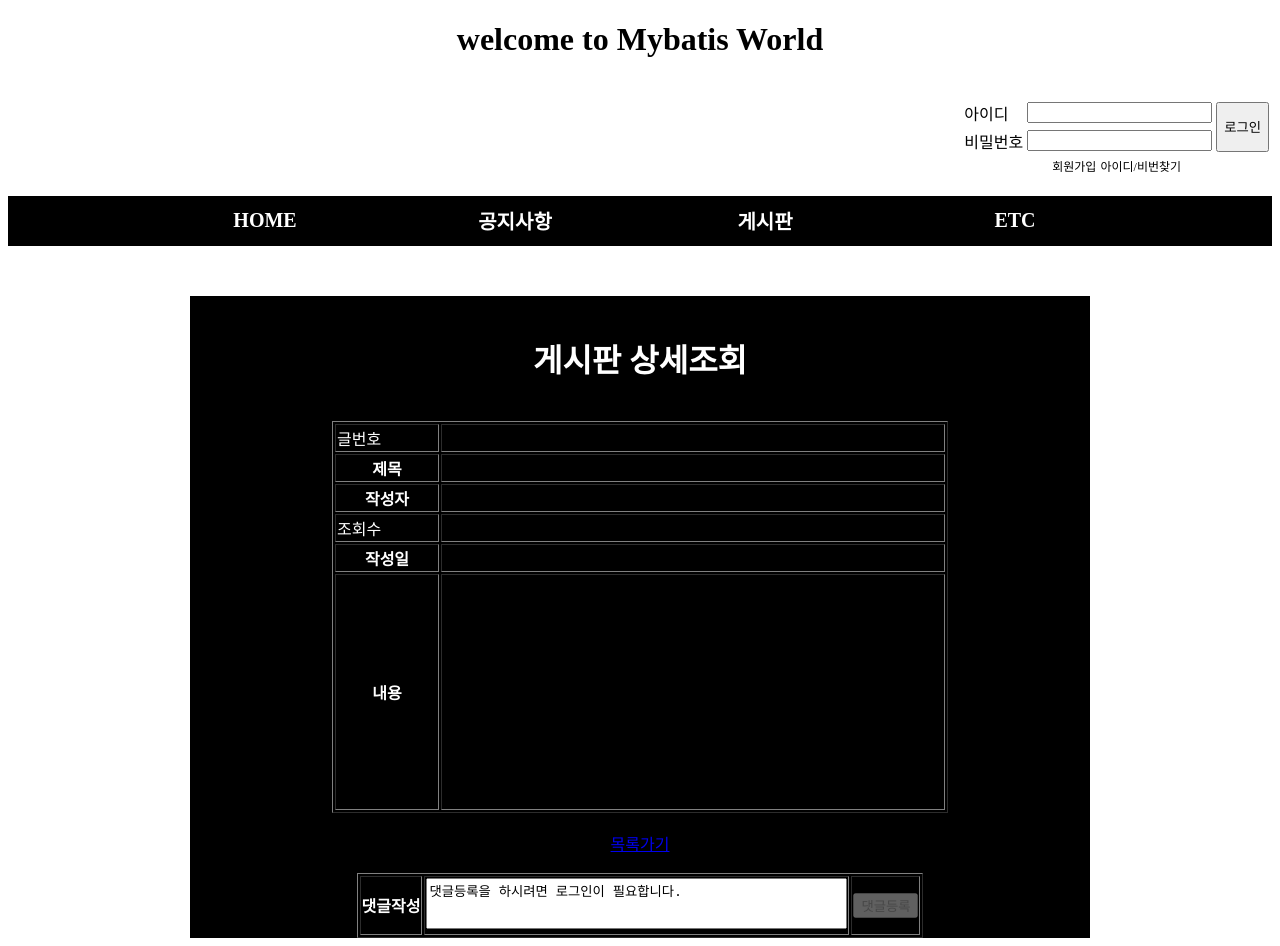
Repository: eru2/Study
Page: http://localhost/mybatisProject/views/board/boardDetailView.jsp
An editor plug-in stored every save of this project. The page is shown before and after the next save, followed by the edit.
The browser window is 1280 px wide. The pictures show the whole page.
The page is served by Tomcat 10. Other server files are loaded and not shown. The template is opened directly, without the code that normally fills it, so the values that code supplies are empty.

Above is the page before, as saved 2025-03-07 07:29:54.

### 08_MyBatis/mybatisProject/src/main/webapp/views/board/boardDetailView.jsp
<%@ page language="java" contentType="text/html; charset=UTF-8"
    pageEncoding="UTF-8"%>
<%@ taglib prefix="c" uri="http://java.sun.com/jsp/jstl/core" %>
<!DOCTYPE html>
<html>
<head>
<meta charset="UTF-8">
<title>Insert title here</title>
</head>
<body>

    <jsp:include page="../common/menubar.jsp" />

    <div class="outer" align="center">
        <br>
        <h1 align="center">게시판 상세조회</h1>
        <br>

        <table align="center" border="1">
            <tr>
                <td width="100">글번호</td>
                <td width="500">${board.boardNo }</td>
            </tr>
             <tr>
                <th>제목</th>
                <td>${board.boardTitle }</td>
            </tr>
            <tr>
                 <th>작성자</th>
                <td>${board.userId}</td>
            </tr>
            <tr>
                <td>조회수</td>
                <td>${board.count }</td>
            </tr>
            <tr>
                 <th>작성일</th>
                <td>${board.createDate}</td>
            </tr>
            <tr>
                  <th>내용</th>
                <td colspan="3">
                   <p style="height: 200px;">
                        ${board.boardContent}
                   </p>
                </td>
            </tr>
        </table>

        <br>
          <div align="center">
            <a href="${pageContext.request.contextPath}/list.bo?cpage=1">목록가기</a>
            <c:if test="${loginUser != null && loginUser.userId == board.userId}">
	            <a href="${pageContext.request.contextPath}/updateForm.bo?bno=${board.boardNo}">수정하기</a>
	            <a >삭제하기</a>
            </c:if>
        </div>

        <br>

        <table align="center" border="1">
          <thead>
                    <tr>
                        <th>댓글작성</th>
                        <c:choose>
                            <c:when test="${loginUser == null}">
                                <td>
                                    <textarea cols="50" rows="3" style="resize: none;" readonly>댓글등록을 하시려면 로그인이 필요합니다.</textarea>
                                </td>
                                <td>
                                    <button disabled>댓글등록</button>
                                </td>
                            </c:when>
                            <c:otherwise>
                                <td>
                                    <textarea id="reply-content" cols="50" rows="3" style="resize: none;"></textarea>
                                </td>
                                <td>
                                    <button onclick="insertReply(${board.boardNo})">댓글등록</button>
                                </td>
                            </c:otherwise>
                        </c:choose>
                    </tr>
                </thead>
            </table>

            <script>
                function init(bno){
                    getReplyList(bno, function(data){
                        drawReplyList(data);
                    });
                }

                function insertReply(bno){
                   const contentArea = document.querySelector("#reply-content");

                   $.ajax({
                    url: "rinsert.bo",
                    type: "post",
                    data: {
                        boardNo: bno,
                        content: contentArea.value
                    },
                    success: function(res){
                        contentArea.value = ""; //댓글 입력창 초기화
                        //댓글목록 다시 불러와서 그려주기
                        getReplyList(bno, function(data){
                            console.log(data)
                            drawReplyList(data);
                        });
                    },
                    error: function(error){
                        console.log("댓글 작성 ajax통신 실패");
                    }
                   })
                }

                function getReplyList(boardNo, callback){
                    $.ajax({
                        url : "rlist.bo",
                        // contextType: "application/json",
                        dataType: "json", //응답 데이터 타입(json, text, html, xml)
                        data : {
                            bno : boardNo
                        },
                        success: function(replyList){
                            callback(replyList);
                        },
                        error: function(){
                            console.log("댓글 조회 ajax통신 실패");
                        }
                    })
                }

                function drawReplyList(replyList){
                    let str = "";
                    for(let r of replyList) {
                        str += "<tr>" +
                                "<td>" + r.userId + "</td>" +
                                "<td>" + r.replyContent + "</td>" +
                                "<td>" + r.createDate + "</td>" +
                              "</tr>";
                    }

                    const replyBody = document.querySelector("#reply-area tbody");
                    replyBody.innerHTML = str;
                }



            </script>
        </table>
    </div>
</body>
</html>

### 08_MyBatis/mybatisProject/src/main/webapp/views/common/menubar.jsp
<%@ page language="java" contentType="text/html; charset=UTF-8"
    pageEncoding="UTF-8"%>
<%@ taglib prefix="c" uri="http://java.sun.com/jsp/jstl/core" %>
<!DOCTYPE html>
<html>
<head>
<meta charset="UTF-8">
<title>Insert title here</title>
<style>

    .login-area a{
        text-decoration: none;
        color: black;
        font-size: 12px;
    }

    .nav-area{
        background: black;
        color: white;
        height: 50px;
    }

   	.nav-area a{
        text-decoration: none;
        color: white;
    }

    .menu{
        display: table-cell;
        width: 250px;
        height: 50px;
        vertical-align: middle;
        font-size: 20px;
        font-weight: bold;
    }
    .outer{
    	width: 900px;
    	background: black;
    	color: white;
    	margin: auto;
    	margin-top: 50px;
    }
</style>
</head>
<body>

    <h1 align="center">welcome to Mybatis World</h1>
    <br>

    <div class="login-area" align="right">
       <c:choose>
       <c:when test="${empty loginUser}">
	        <form action="${pageContext.request.contextPath}/login.me" method="post">
		        <table>
		            <tr>
		                <td>아이디</td>
		                <td><input type="text" name="userId" required></td>
		                <td rowspan="2"><button type="submit" style="height: 50px;">로그인</button></td>
		            </tr>
		            <tr>
		                <td>비밀번호</td>
		                <td><input type="password" name="userPwd" required></td>

		            </tr>
		            <tr>
		                <td colspan="3" align="center">
		                    <a href="enrollForm.me">회원가입</a>
		                    <a href="">아이디/비번찾기</a>
		                </td>
		            </tr>
	            </table>
	        </form>
     	</c:when>
       	<c:otherwise>
        	<!-- 로그인후 -->
	        <div>
	            <table>
	                <tr>
	                    <td colspan="2">
	                        <h3>${loginUser.userName }님 환영합니다. </h3>
	                    </td>
	                    <td></td>
	                </tr>
	                <tr>
	                    <td><a href="myPage.me">마이페이지</a></td>
	                    <td><a href="">로그아웃</a></td>
	                </tr>
	            </table>
	        </div>
        </c:otherwise>
        </c:choose>
    </div>
    <br>

    <div class="nav-area" align="center">
        <div class="menu">HOME</div>
        <div class="menu">공지사항</div>
        <div class="menu"><a href="list.bo?cpage=1">게시판</a></div>
        <div class="menu">ETC</div>
    </div>
</body>
</html>

After the next save:
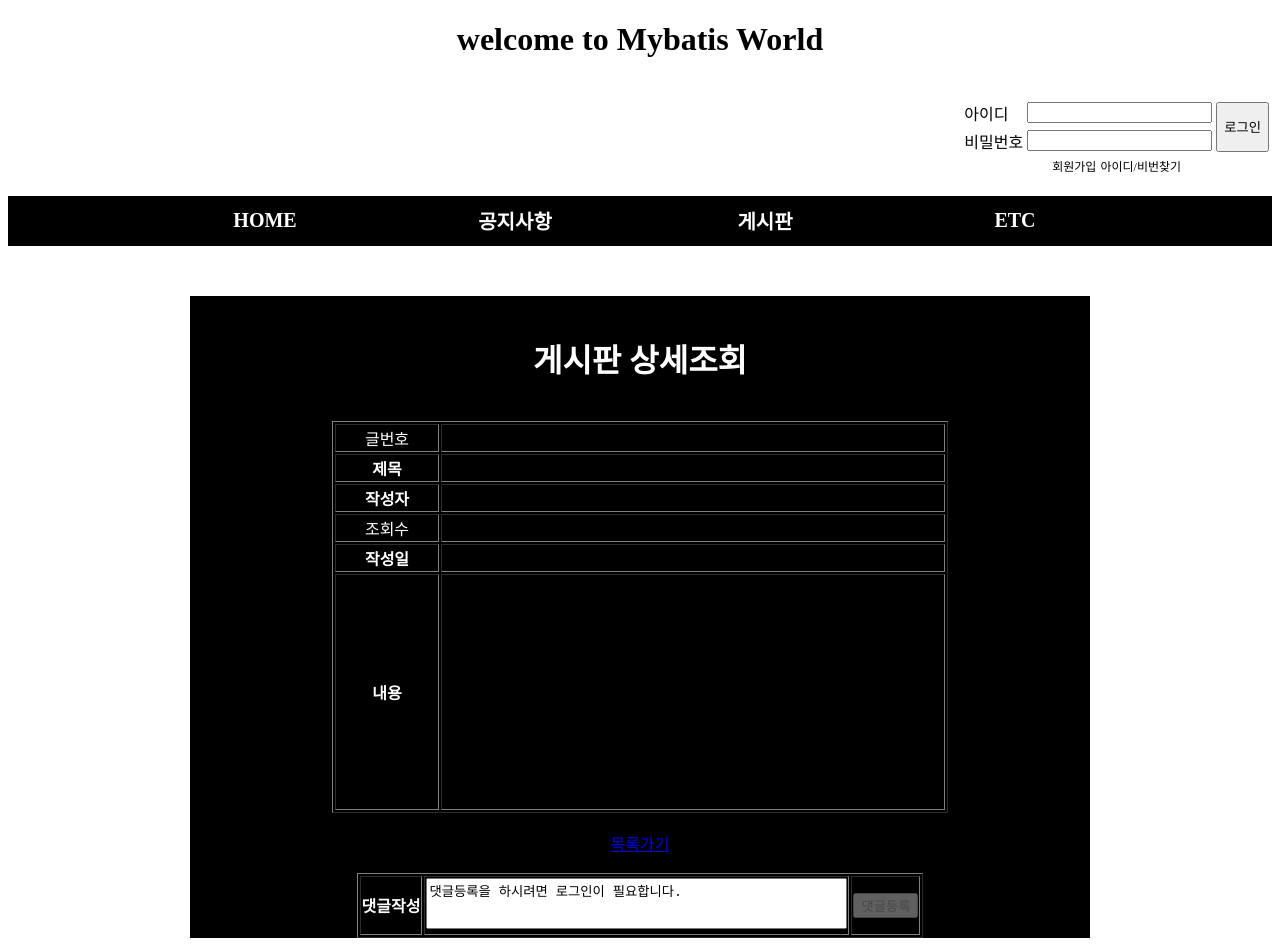
Saved 3 min 7 s later.
--- a/08_MyBatis/mybatisProject/src/main/webapp/views/board/boardDetailView.jsp
+++ b/08_MyBatis/mybatisProject/src/main/webapp/views/board/boardDetailView.jsp
@@ -18,7 +18,7 @@
 
         <table align="center" border="1">
             <tr>
-                <td width="100">글번호</td>
+                <td width="100" align="center">글번호</td>
                 <td width="500">${board.boardNo }</td>
             </tr>
              <tr>
@@ -30,7 +30,7 @@
                 <td>${board.userId}</td>
             </tr>
             <tr>
-                <td>조회수</td>
+                <td align="center">조회수</td>
                 <td>${board.count }</td>
             </tr>
             <tr>
